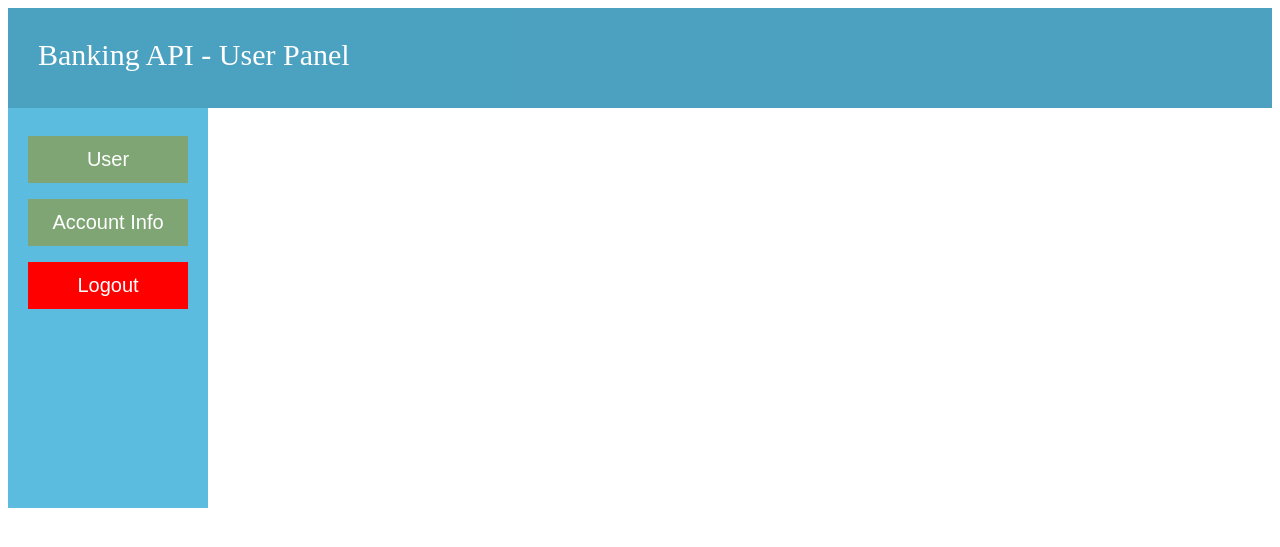
Repository: kennyufish/Revature_ROCP1_Project_Banking_API
Page: banking_api/src/main/webapp/userInfo.html
These files come from the project's save history. The page is drawn as it stood at one moment and after the next save; the edit follows.
The browser window is 1280 px wide. The pictures show the whole page.

Above is the page before, as saved 2020-10-10 16:10:49.

After the next save:
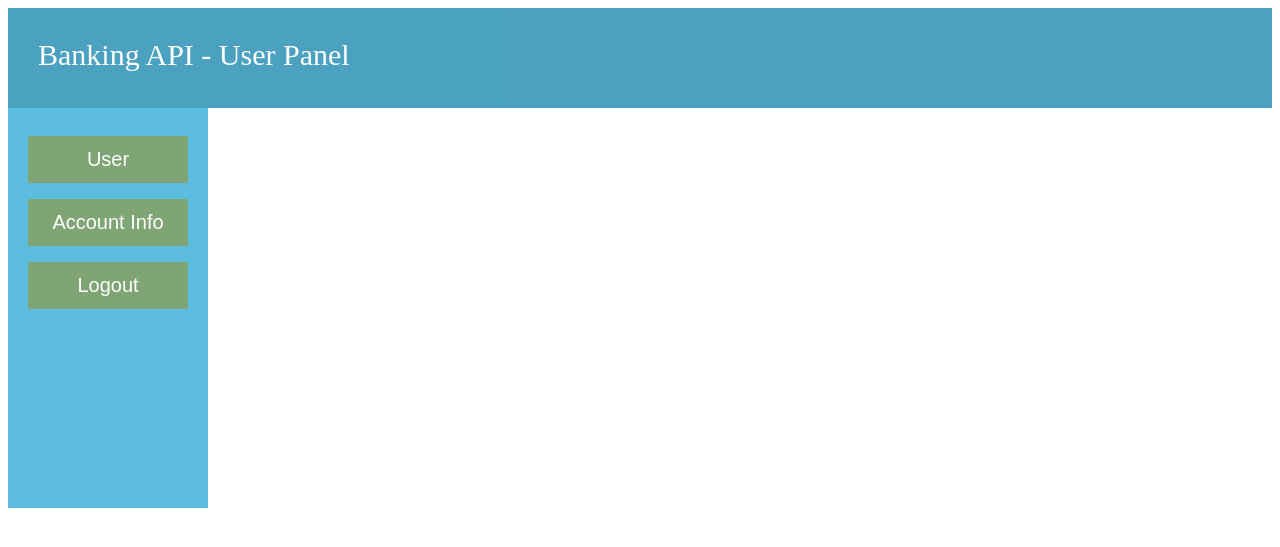
Saved 73 s later.
--- a/banking_api/src/main/webapp/userInfo.html
+++ b/banking_api/src/main/webapp/userInfo.html
@@ -62,6 +62,16 @@
 opacity:0.5
 }
 
+.logoutButton{
+	background-color:red;
+	color:white;
+	padding: 12px 15px;
+	margin: 8px 0;
+	border:none;
+	cursor:pointer;
+	width:100%;
+}
+
 </style>
 <title>User Panel</title>
 </head>
@@ -79,7 +89,7 @@
 		</form>
 
 		<form action="loginUser">
-		<button style="background-color:red; float:left;" type="submit" >Logout</button>
+		<button type="submit" >Logout</button>
 		</form>
 		</nav>
 	</section>

After the 2 saves that followed:
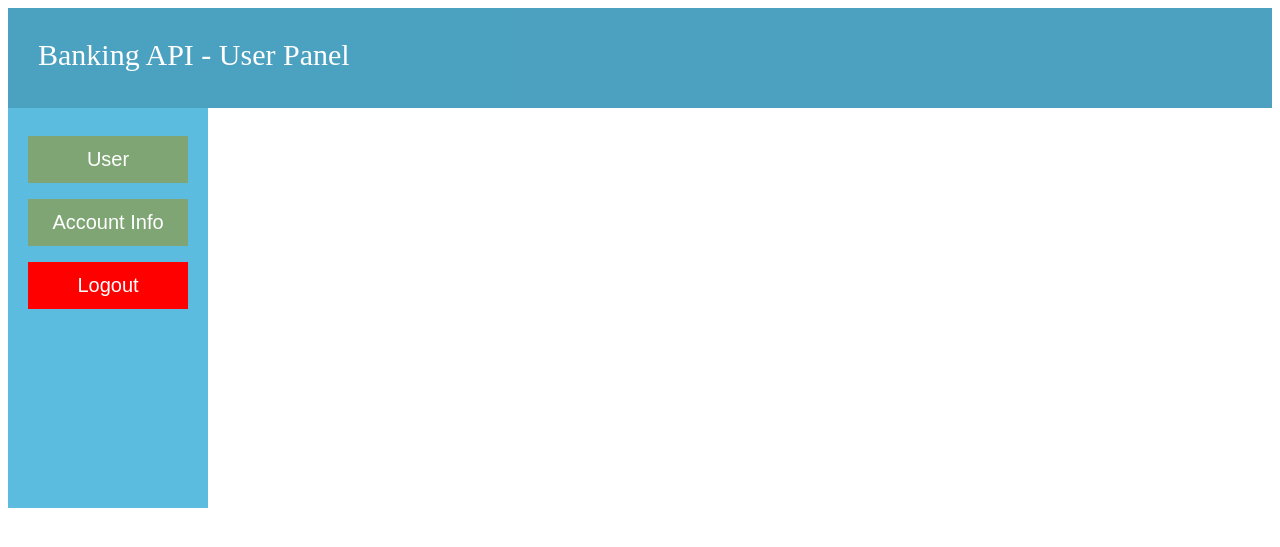
The 2 saves are shown as one change because they came seconds apart.
The last was saved 15 s later.
--- a/banking_api/src/main/webapp/userInfo.html
+++ b/banking_api/src/main/webapp/userInfo.html
@@ -89,7 +89,7 @@
 		</form>
 
 		<form action="loginUser">
-		<button type="submit" >Logout</button>
+		<button class="logoutButton" type="submit" >Logout</button>
 		</form>
 		</nav>
 	</section>
